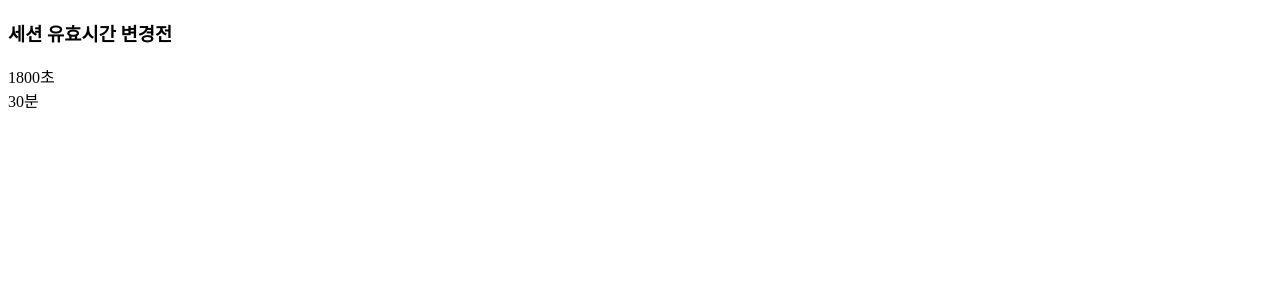
Repository: kiyongee2/space_jspworks
Page: http://localhost/jweb01/session/timeout.jsp
The author's editor kept a copy of each file at every save. The page is drawn from the files as they stood at one save, then again after the next save.
The browser window is 1280 px wide. The pictures show the whole page.
The page is served by Tomcat 10. Other server files are loaded and not shown.

Above is the page before, as saved 2025-10-13 02:51:17.

### jweb01/src/main/webapp/session/timeout.jsp
<%@ page language="java" contentType="text/html; charset=UTF-8"
    pageEncoding="UTF-8"%>
<!DOCTYPE html>
<html>
<head>
<meta charset="UTF-8">
<title>세션 유효시간 설정</title>
</head>
<body>
	<h3>세션 유효시간 변경전</h3>
	<%
		// 30*60(초) = 1800초
		int time = session.getMaxInactiveInterval();
	    out.println(time + "초<br>");

	    time = time / 60; //초을 분으로 환산
	    out.println(time + "분<br>");
	%>

</body>
</html>

After the next save:
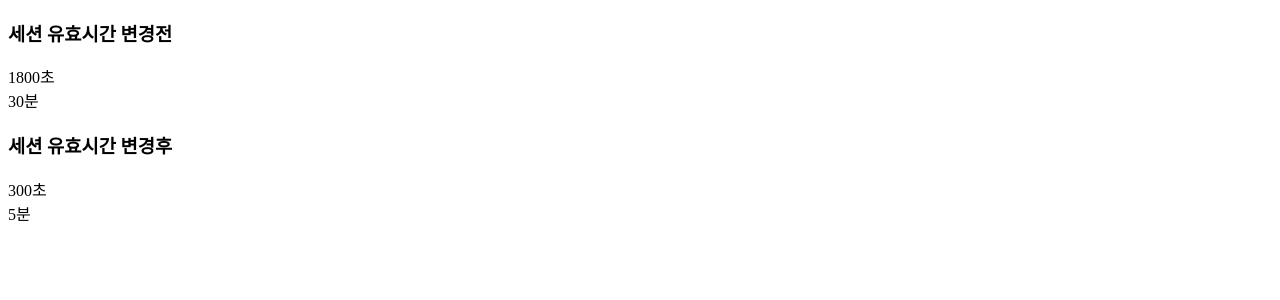
Saved 116 s later.
--- a/jweb01/src/main/webapp/session/timeout.jsp
+++ b/jweb01/src/main/webapp/session/timeout.jsp
@@ -17,5 +17,17 @@
 	    out.println(time + "분<br>");
 	%>
 
+	<h3>세션 유효시간 변경후</h3>
+	<%
+		//유효시간 - 5분 설정
+		session.setMaxInactiveInterval(5*60);
+
+		time = session.getMaxInactiveInterval();
+		out.println(time + "초<br>");
+
+		time = time / 60; //초을 분으로 환산
+	    out.println(time + "분<br>");
+	%>
+
 </body>
 </html>
